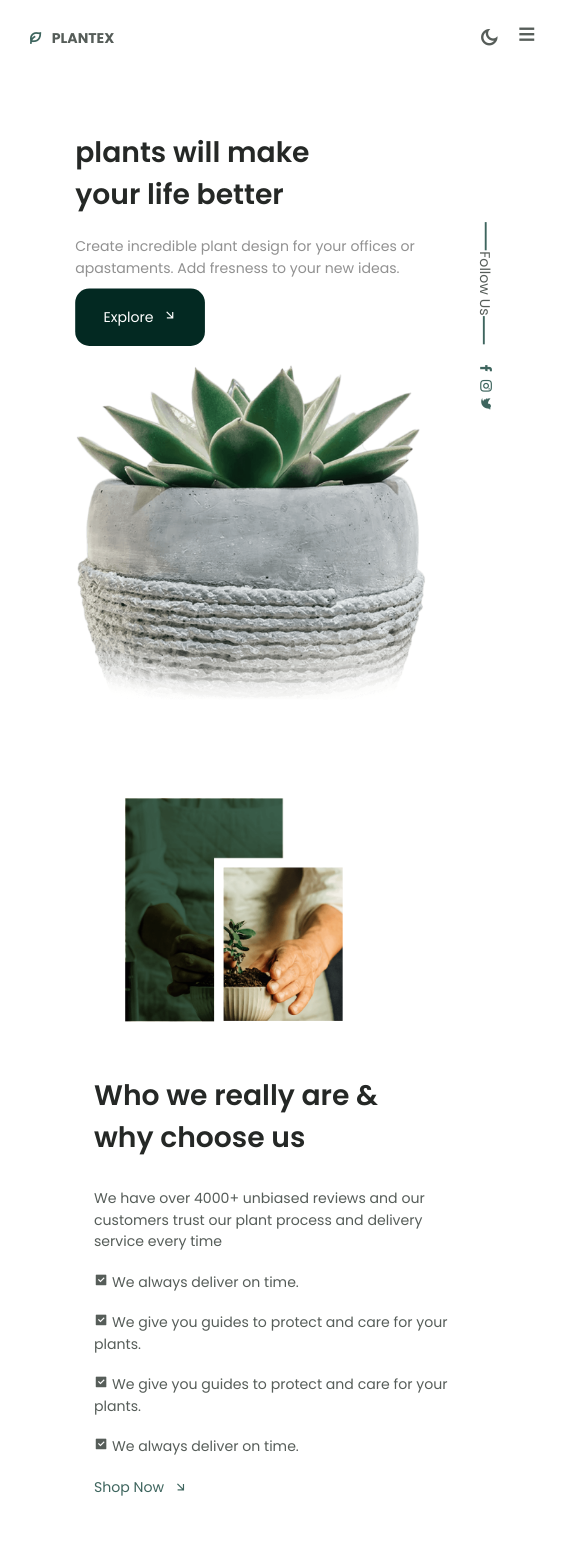
Repository: OmniaRafat232111121/plantwebsite
Page: index.html
The author's editor kept a copy of each file at every save. The page is drawn from the files as they stood at one save, then again after a run of saves.
The browser window is 600 px wide. The pictures show the whole page, at 94% of full size.

Above is the page before, as saved 2023-01-05 00:12:21.

After the next 4 saves:
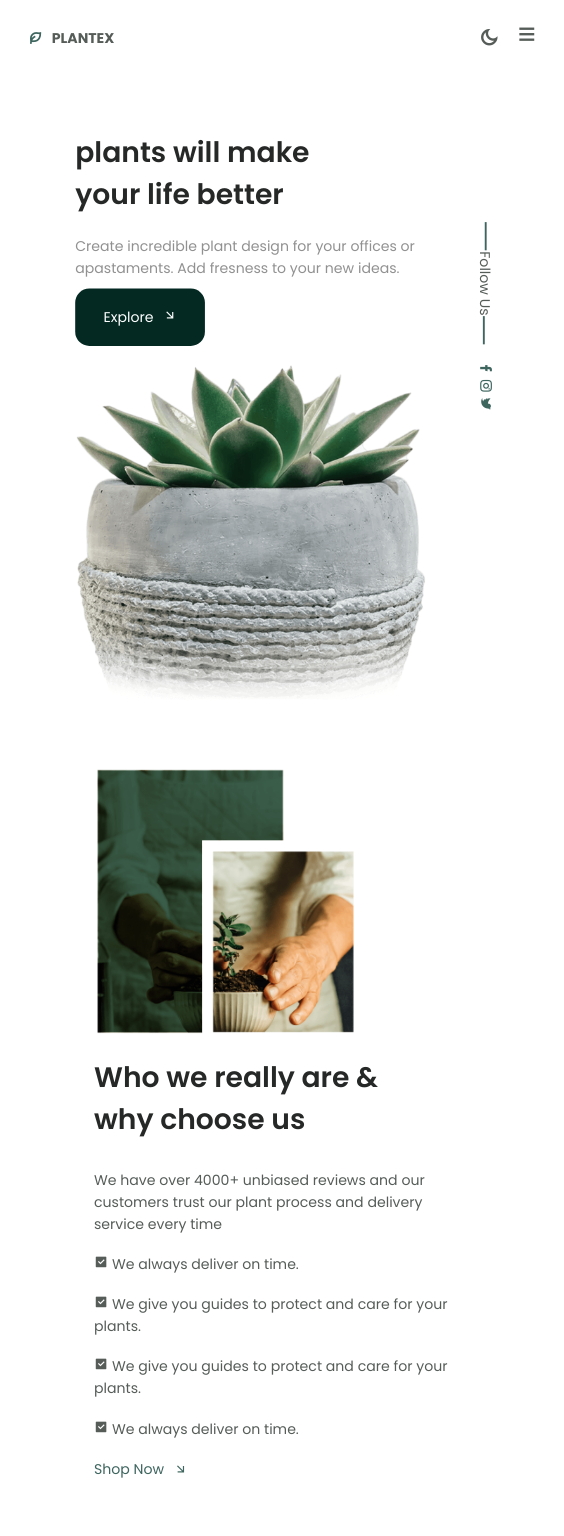
The 4 saves are shown as one change because they came seconds apart.
The last was saved 20 s later.
--- a/assets/css/styles.css
+++ b/assets/css/styles.css
@@ -396,7 +396,7 @@ color: var(--bold-green);
 
   }
   .left-about{
-    padding:30px;
+    font-size: 10px;
   }
 }
 /*=======change-header========*/
